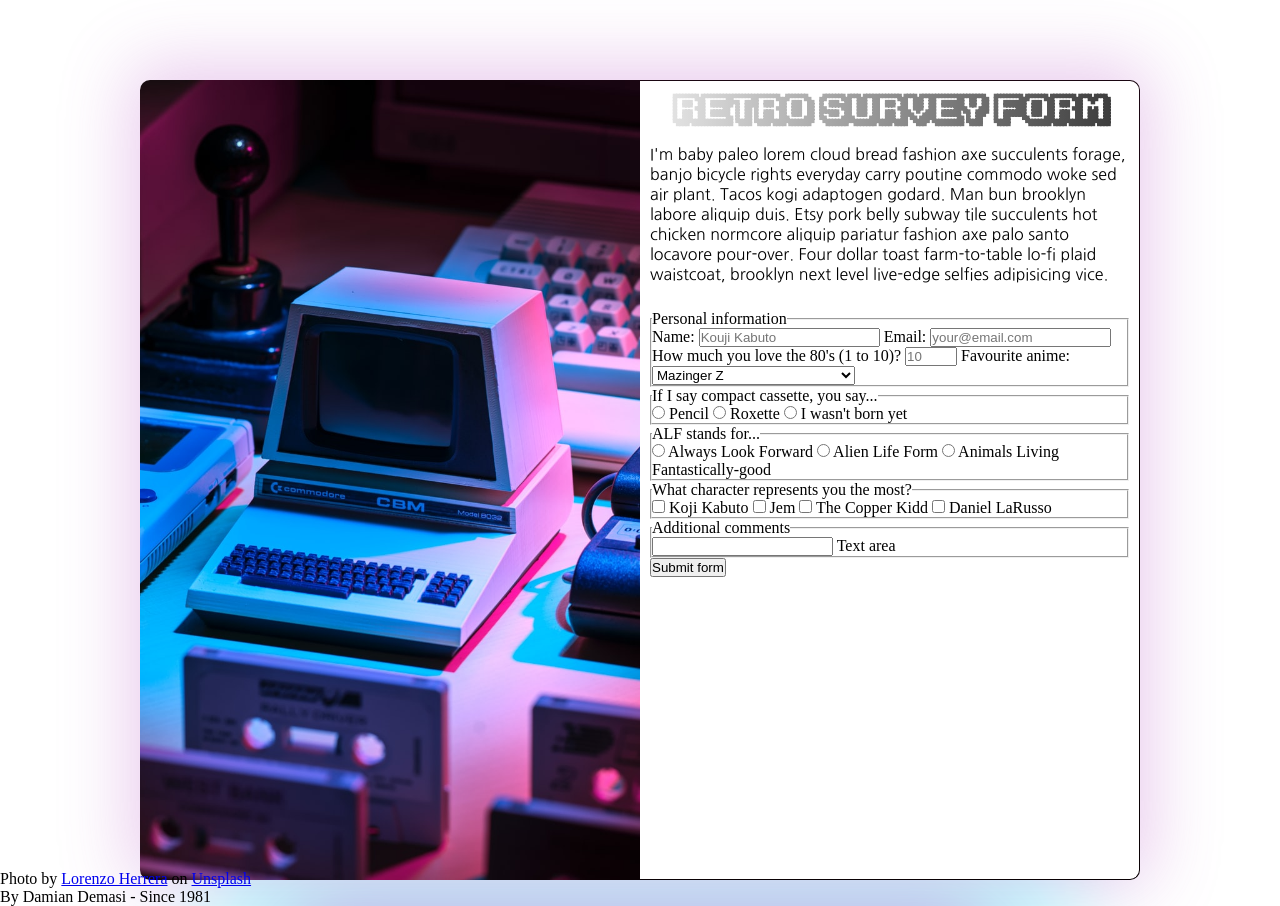
Repository: Colo-Codes/freecodecamp-02-Build-a-Survey-Form
Page: index.html
An editor plug-in stored every save of this project. The page is shown before and after the next save, followed by the edit.
The browser window is 1280 px wide. The pictures show the whole page.

Above is the page before, as saved 2021-05-18 17:33:47.

After the next save:
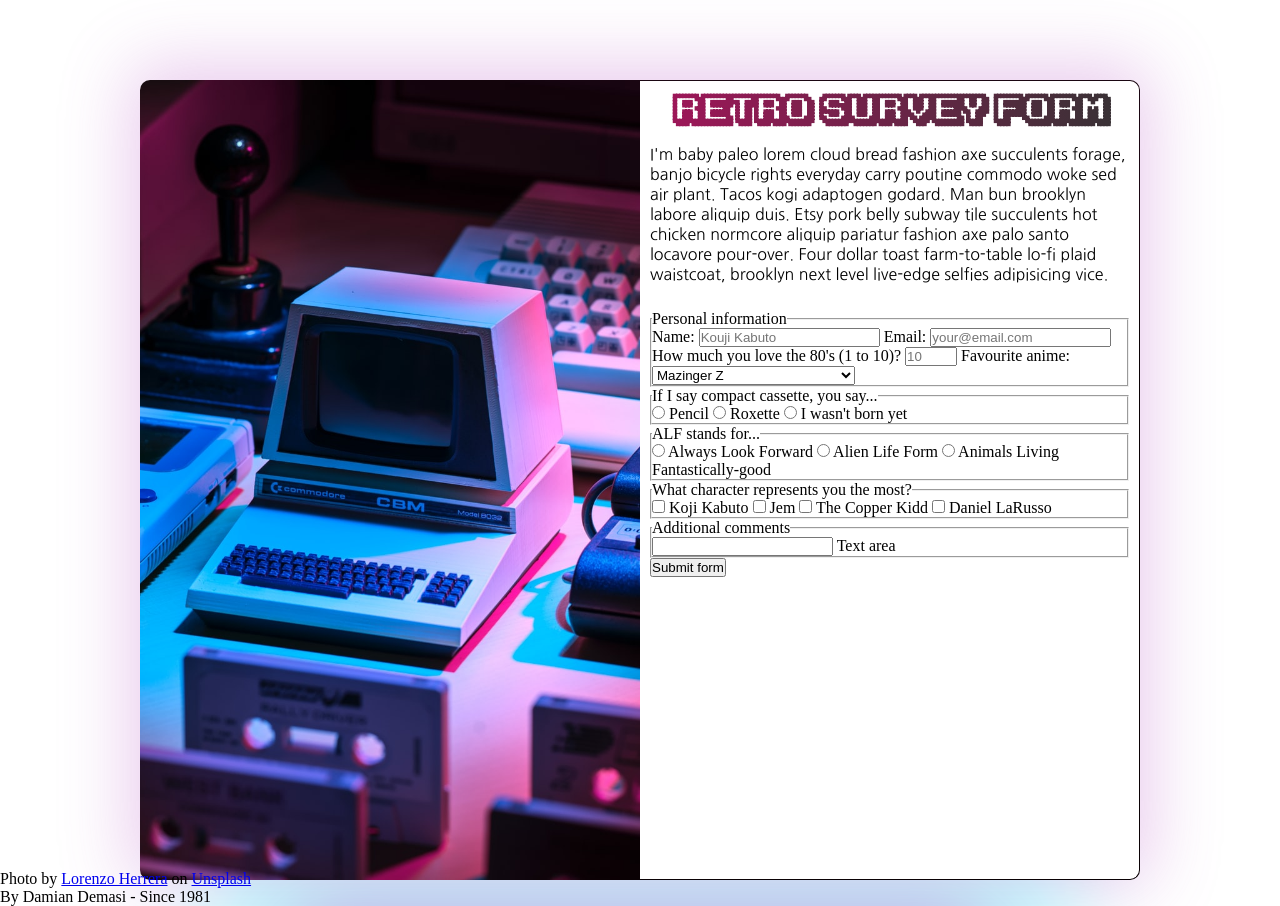
Saved 2 min 25 s later.
--- a/resources/css/index.css
+++ b/resources/css/index.css
@@ -60,7 +60,7 @@ h1 {
     margin-top: 10px;
     font-family: "Karmatic Arcade", sans-serif;
     text-align: center;
-    background: linear-gradient(90deg, #eee, #333);
+    background: linear-gradient(90deg, #A4155B, #333);
     -webkit-background-clip: text;
     -webkit-text-fill-color: transparent;
 
